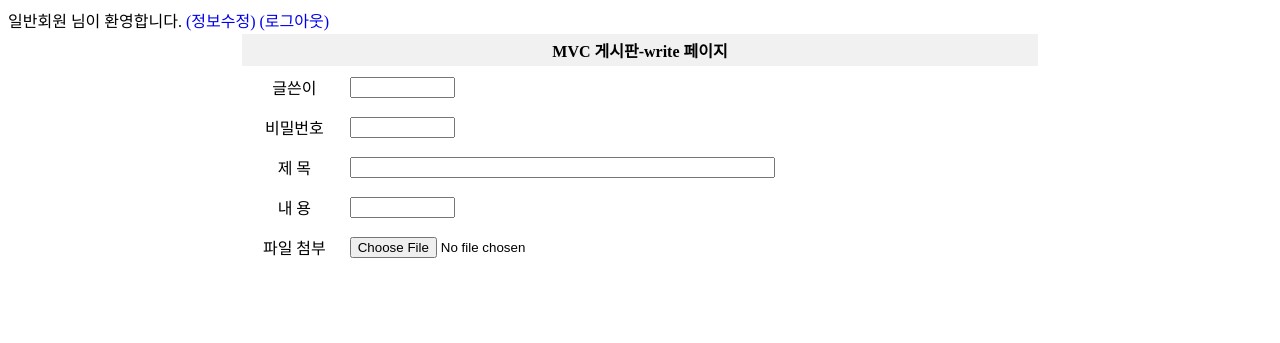
Repository: rumor1993/KH1
Page: http://localhost/Board/board/qna_board_write.jsp
These files come from the project's save history. The page is drawn as it stood at one moment and after the next save; the edit follows.
The browser window is 1280 px wide. The pictures show the whole page.
The page is served by Tomcat 9. The template is opened directly, without the code that normally fills it, so the values that code supplies are empty.

Above is the page before, as saved 2018-05-09 07:24:01.

After the next save:
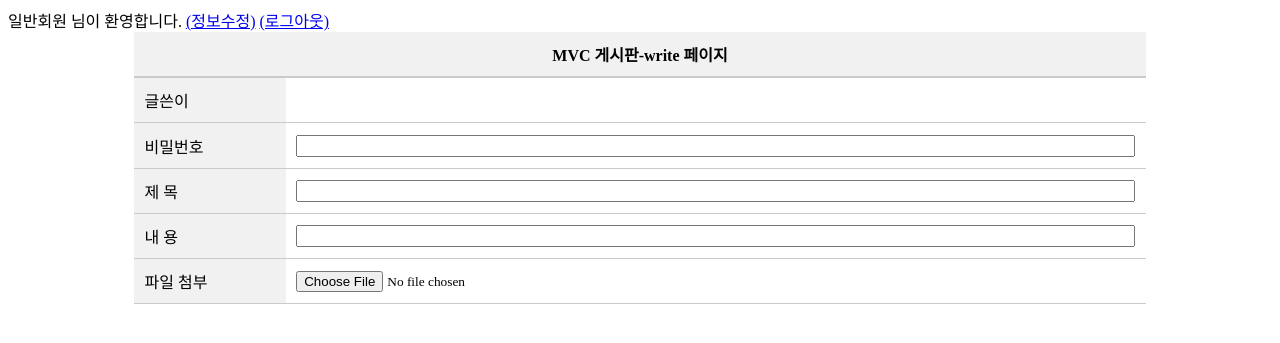
Saved 5 s later.
--- a/Board/WebContent/board/qna_board_write.jsp
+++ b/Board/WebContent/board/qna_board_write.jsp
@@ -4,7 +4,7 @@
 <html>
 <head>
 <title>Insert title here</title>
-<link href="css/list.css" rel="stylesheet">
+<link href="css/form.css" rel="stylesheet">
 </head>
 <body>
 	<%@ include file="/board/header.jsp" %>
